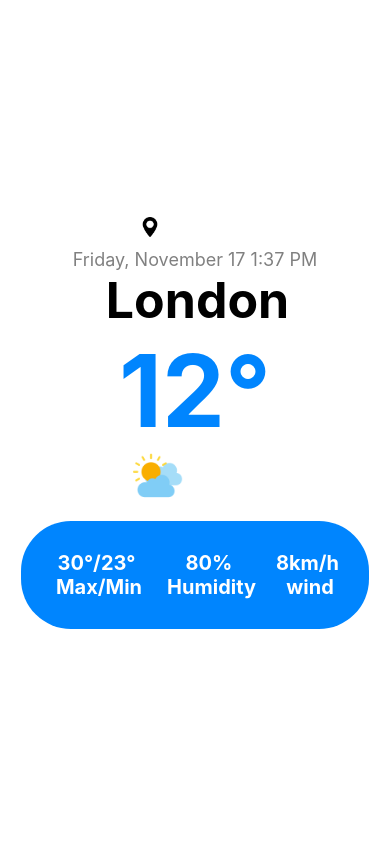
Repository: praveen080/react-native-weatherAppV1
Screen: /
The author's editor kept a copy of each file at every save. The screen is drawn from the files as they stood at one save, then again after the next save.
The app was drawn by React Native's web renderer in a window 390 px wide. The project was rebuilt for these pictures with package versions that can differ from the ones it lists, and the page was loaded fresh each time. Also part of the build but not shown: Screens/startUp.js.

Above is the screen before, as saved 2023-11-17 14:25:06.

After the next save:
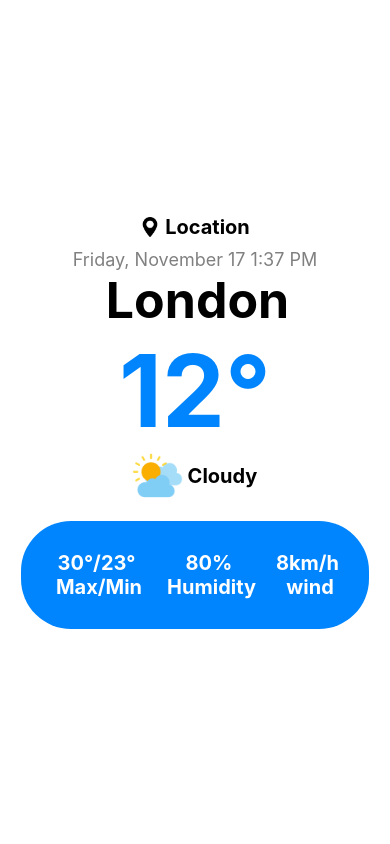
Saved 7 s later.
--- a/Screens/Home.js
+++ b/Screens/Home.js
@@ -86,7 +86,6 @@ export const styles = StyleSheet.create({
     fontSize: 20,
     marginLeft: 5,
     fontWeight: "bold",
-    color: "white",
   },
   locationText1: {
     fontSize: 20,
